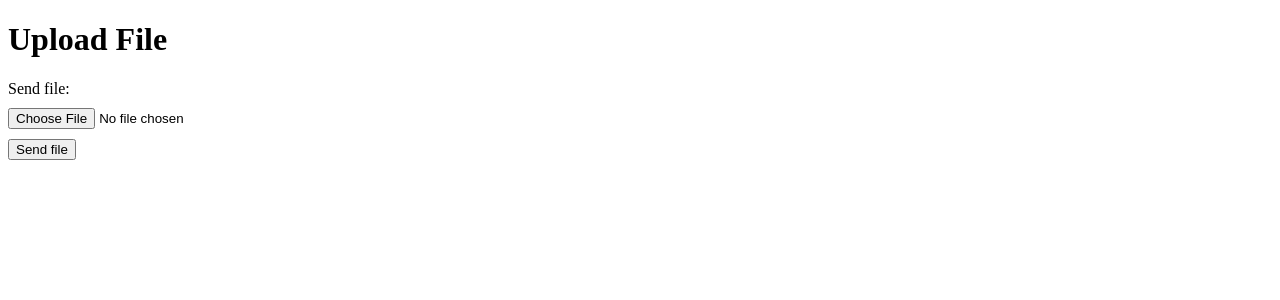
Repository: anhtu2110/backend
Page: http://localhost/backend/section-15-file/uload_image/index.php
An editor plug-in stored every save of this project. The page is shown before and after the next save, followed by the edit.
The browser window is 1280 px wide. The pictures show the whole page.
The page is run by PHP 8.4 with error messages shown; the project is at /var/www/html/.

Above is the page before, as saved 2022-12-12 22:38:12.

### section-15-file/uload_image/index.php
<?php
if (isset($_POST['send_file'])) {
    #Xử lý upload đúng file ảnh
    $error = array();
    $type_allow = array('png', 'jpg', 'gif', 'jpeg');
    $type = pathinfo($_FILES['file']['name'], PATHINFO_EXTENSION);
    if (!in_array(strtolower($type), $type_allow)) {
        $error['type'] = "Chỉ được upload file có đuôi png, jpg, gif, jpeg";
        $file_size = $_FILES['file']['size'];
        if ($file_size < 21000000) {
            # code...
        } else {
            $error['size'] = "File phải có kích thước nhỏ hơn 20MB";
        }
    }

    if (empty($error)) {
    }
}
?>
<!DOCTYPE html>
<html lang="en">

<head>
    <style>
        label,
        input {
            display: block;
            margin-bottom: 10px;
        }
    </style>
    <meta charset="UTF-8">
    <meta http-equiv="X-UA-Compatible" content="IE=edge">
    <meta name="viewport" content="width=device-width, initial-scale=1.0">
    <title>Upload file ảnh lên server</title>
</head>

<body>
    <h1>Upload File</h1>
    <form action="" method="post" enctype="multipart/form-data">
        <label for="file">Send file:</label>
        <input type="file" name="file" id="file">
        <input type="submit" name="send_file" value="Send file">
    </form>
</body>

</html>

After the next save:
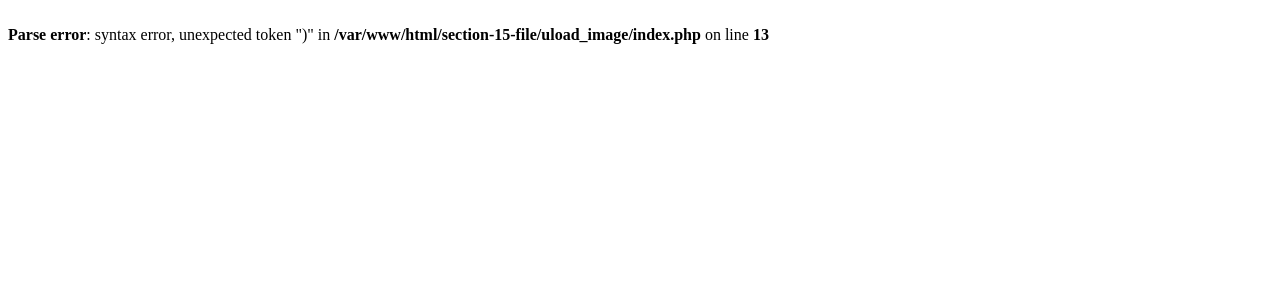
Saved 2 min 48 s later.
--- a/section-15-file/uload_image/index.php
+++ b/section-15-file/uload_image/index.php
@@ -8,7 +8,14 @@
         $error['type'] = "Chỉ được upload file có đuôi png, jpg, gif, jpeg";
         $file_size = $_FILES['file']['size'];
         if ($file_size < 21000000) {
-            # code...
+            $file_dir = "uploads/";
+            $file_upload = $file_dir.$_FILES['file']['name'];
+            if () {
+                # code...
+            } else {
+                # code...
+            }
+
         } else {
             $error['size'] = "File phải có kích thước nhỏ hơn 20MB";
         }

After the save that followed:
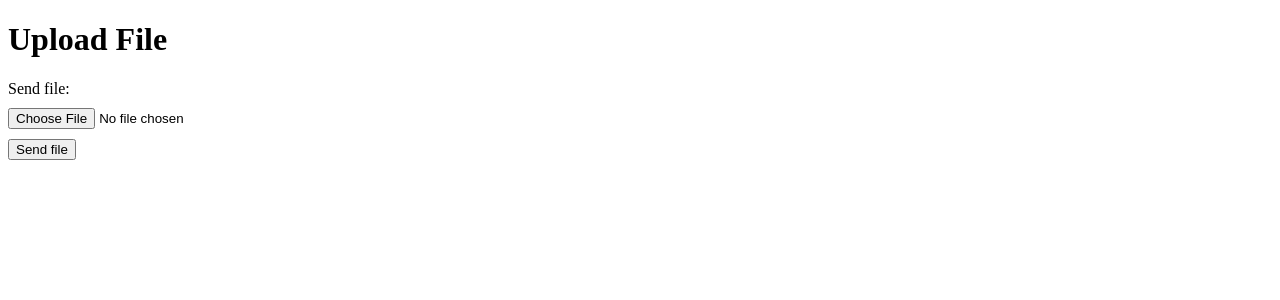
Saved 3 min 18 s later.
--- a/section-15-file/uload_image/index.php
+++ b/section-15-file/uload_image/index.php
@@ -9,13 +9,12 @@
         $file_size = $_FILES['file']['size'];
         if ($file_size < 21000000) {
             $file_dir = "uploads/";
-            $file_upload = $file_dir.$_FILES['file']['name'];
-            if () {
-                # code...
+            $file_upload = $file_dir . $_FILES['file']['name'];
+            if (file_exists($file_upload)) {
+                $error['exists'] = "File đã tồn tại trên hệ thống.";
             } else {
                 # code...
             }
-
         } else {
             $error['size'] = "File phải có kích thước nhỏ hơn 20MB";
         }
